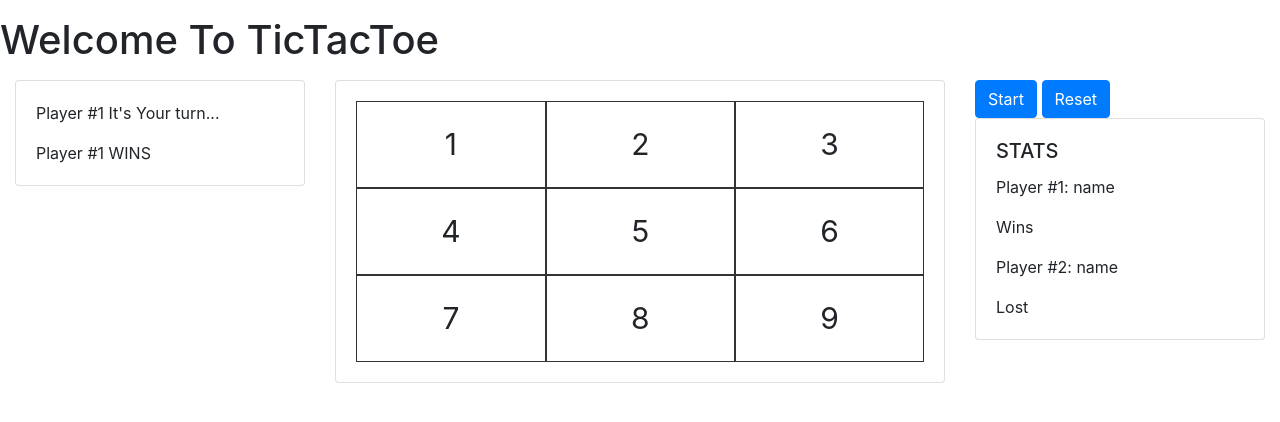
Repository: rOluochKe/JS-TicTacToe
Page: index.html
These files come from the project's save history. The page is drawn as it stood at one moment and after the next save; the edit follows.
The browser window is 1280 px wide. The pictures show the whole page.
Some web libraries are served in a nearby version.

Above is the page before, as saved 2020-05-27 00:39:05.
Not found: css/reset.css

After the next save:
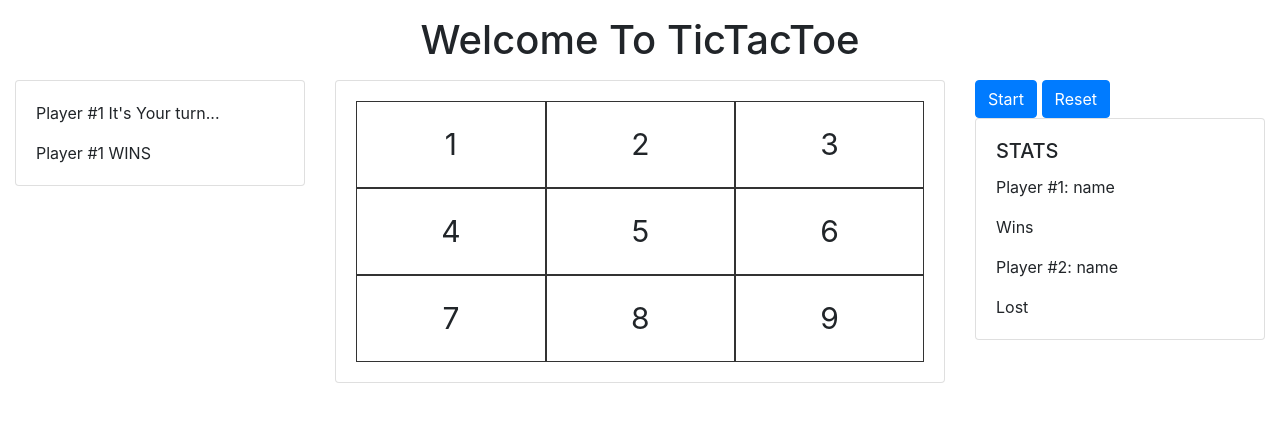
Saved 26 s later.
--- a/index.html
+++ b/index.html
@@ -15,8 +15,8 @@
   <body>
     <main class="container-fluid">
       <!-- Header -->
-      <div class="row text-center w-100">
-        <h1 class="my-3">Welcome To TicTacToe</h1>
+      <div class="row">
+        <h1 class="my-3 text-center w-100">Welcome To TicTacToe</h1>
       </div>
       <!-- Body Content -->
       <div class="row">
